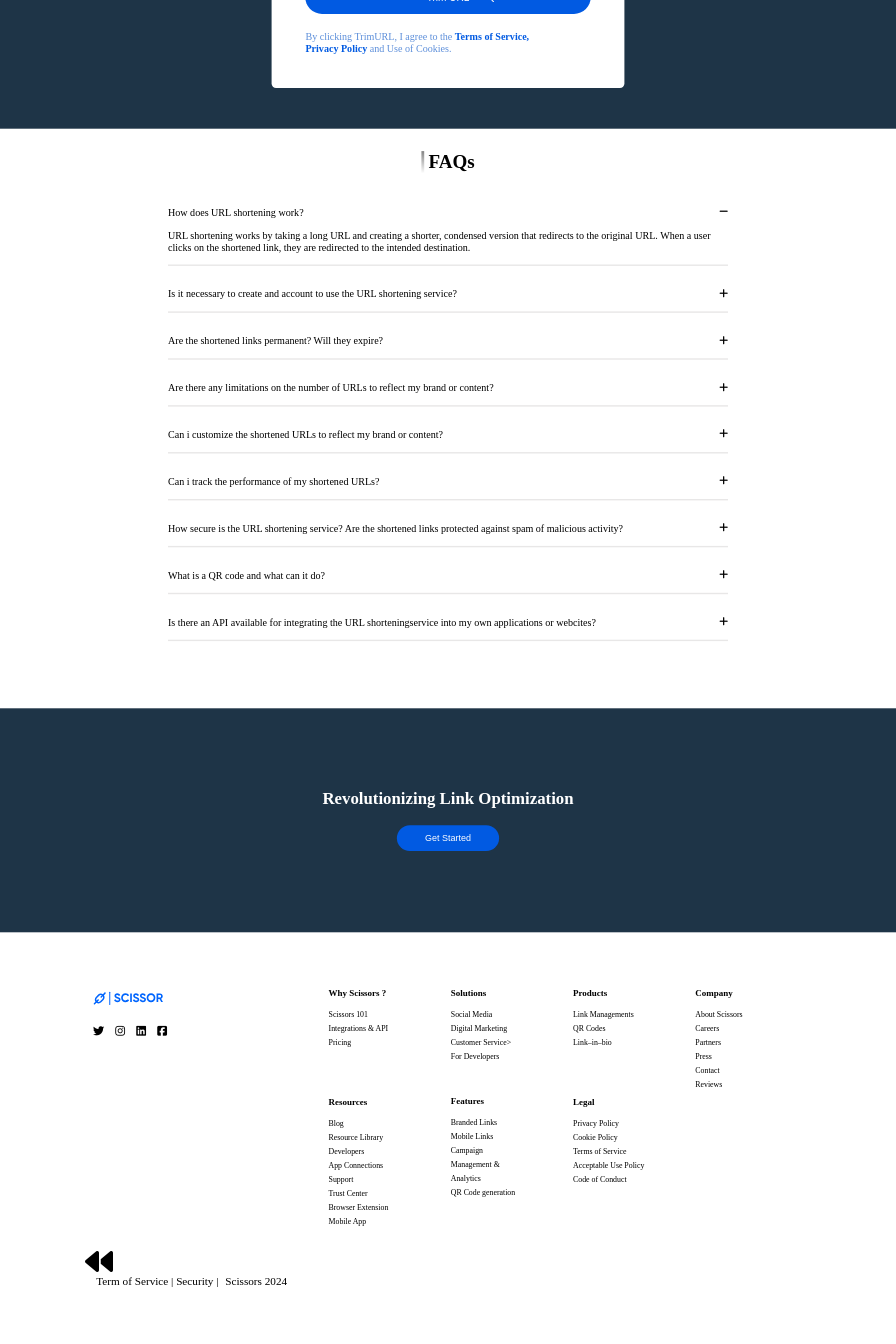
Repository: dark-txch/ass-1-6
Page: src/pages/scissors.html
These files come from the project's save history. The page is drawn as it stood at one moment and after a run of saves; the edit follows.
The browser window is 1280 px wide. The pictures show the part of the page from y = 2477 to 4397 px (the page is 4397 px tall), at 70% of full size.
Some web libraries are served in a nearby version.

Above is the page before, as saved 2024-11-29 15:35:29.

After the next 3 saves:
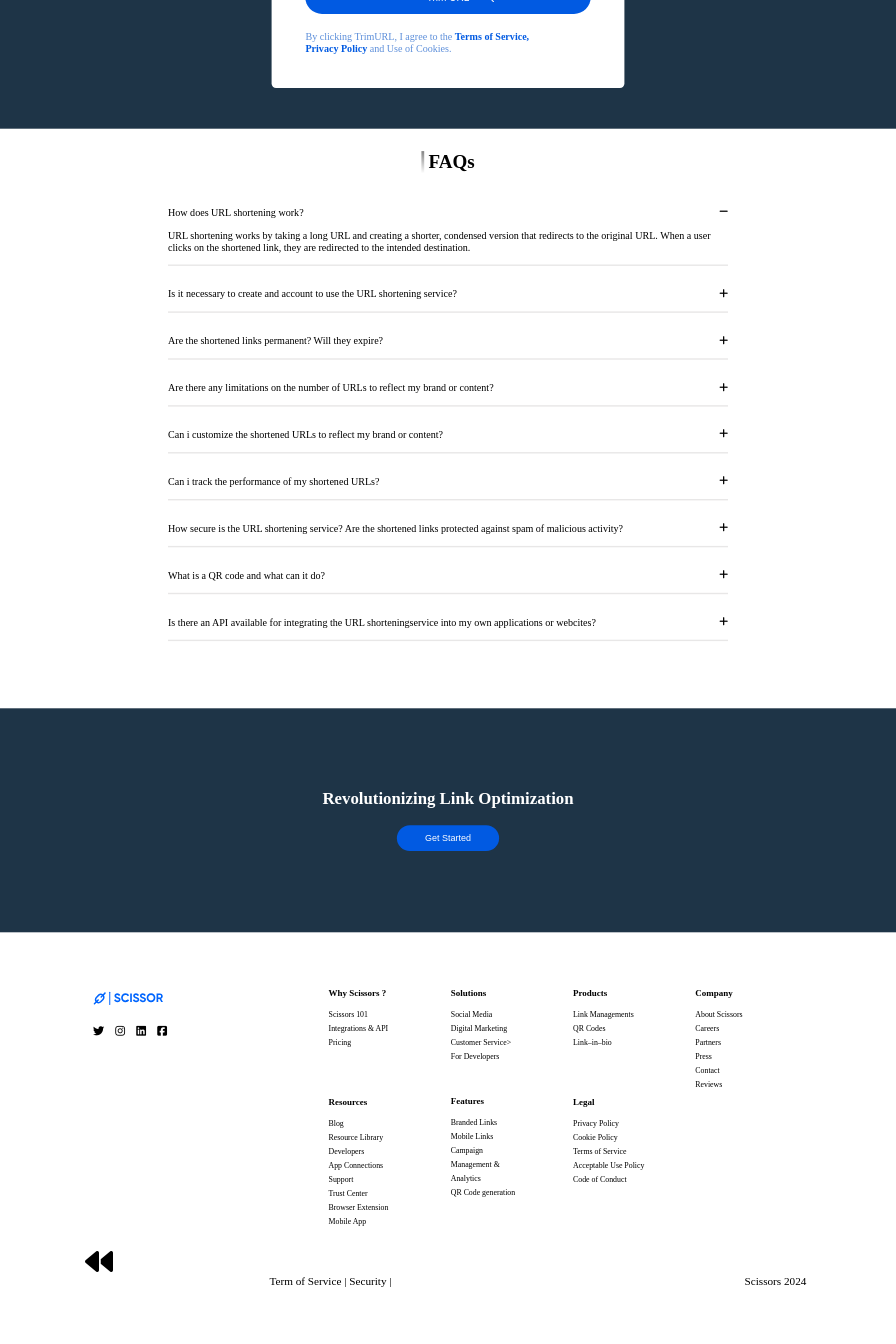
The 3 saves are shown as one change because they came seconds apart.
The last was saved 9 s later.
--- a/src/styles/scissors/scissors.css
+++ b/src/styles/scissors/scissors.css
@@ -718,7 +718,7 @@
 
 #copyright {
 	display: flex;
-	jus
+	justify-content: space-between;
 }
 
 #copyright > span {
